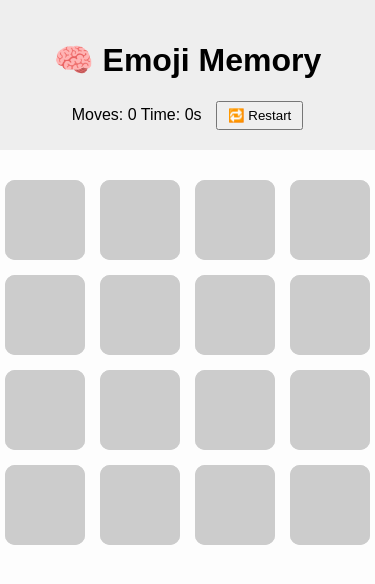
Repository: alokanand524/anand-portfolio
Page: games/emoji-memory/index.html
An editor plug-in stored every save of this project. The page is shown before and after the next save, followed by the edit.
The browser window is 375 px wide. The pictures show the whole page.

Above is the page before, as saved 2025-07-31 14:26:36.

### games/emoji-memory/index.html
<!DOCTYPE html>
<html lang="en">
<head>
  <meta charset="UTF-8">
  <title>Emoji Memory Flip Game</title>
  <link rel="stylesheet" href="style.css">
</head>
<body>
  <div class="game-header">
    <h1>🧠 Emoji Memory</h1>
    <div class="stats">
      <span id="moves">Moves: 0</span>
      <span id="timer">Time: 0s</span>
      <button id="reset">🔁 Restart</button>
    </div>
  </div>

  <div class="game-board" id="gameBoard"></div>

  <div class="win-screen" id="winScreen">
    <h2>🎉 You Win!</h2>
    <p>Time: <span id="finalTime"></span></p>
    <p>Moves: <span id="finalMoves"></span></p>
    <button onclick="location.reload()">Play Again</button>
  </div>

  <script src="https://code.jquery.com/jquery-3.6.0.min.js"></script>
  <script src="script.js"></script>
</body>
</html>

### games/emoji-memory/style.css
body {
  font-family: sans-serif;
  background: #fdfdfd;
  text-align: center;
  margin: 0;
  padding: 0;
}

.game-header {
  padding: 20px;
  background: #eee;
}

.stats {
  margin-top: 10px;
}

#reset {
  padding: 5px 10px;
  margin-left: 10px;
  cursor: pointer;
}

.game-board {
  display: grid;
  grid-template-columns: repeat(4, 80px);
  grid-gap: 15px;
  justify-content: center;
  padding: 30px;
}

.card {
  width: 80px;
  height: 80px;
  font-size: 2rem;
  background-color: #ccc;
  border-radius: 10px;
  cursor: pointer;
  position: relative;
  transform-style: preserve-3d;
  transition: transform 0.5s;
}

.card.flip {
  transform: rotateY(180deg);
}

.card .front,
.card .back {
  position: absolute;
  width: 100%;
  height: 100%;
  line-height: 80px;
  backface-visibility: hidden;
  border-radius: 10px;
}

.card .front {
  background: #ccc;
}

.card .back {
  background: white;
  transform: rotateY(180deg);
}

.win-screen {
  display: none;
  position: fixed;
  top: 30%;
  left: 50%;
  transform: translateX(-50%);
  background: #fff;
  padding: 30px;
  border: 2px solid #333;
  box-shadow: 0 0 10px rgba(0,0,0,0.3);
}

### games/emoji-memory/script.js
const emojis = ["🍕", "🎮", "🚀", "🐶", "🌈", "⚽", "🎧", "🍩"];
let deck = [...emojis, ...emojis];
let flippedCards = [];
let matched = 0;
let moves = 0;
let timer;
let seconds = 0;
let timerStarted = false;

$(document).ready(function () {
  shuffle(deck);
  createBoard();

  $("#reset").click(() => location.reload());

  $(".card").click(function () {
    if (!timerStarted) {
      startTimer();
      timerStarted = true;
    }

    if ($(this).hasClass("flip") || flippedCards.length === 2) return;

    $(this).addClass("flip");
    flippedCards.push($(this));

    if (flippedCards.length === 2) {
      moves++;
      $("#moves").text("Moves: " + moves);
      checkMatch();
    }
  });
});

function createBoard() {
  deck.forEach(emoji => {
    $("#gameBoard").append(`
      <div class="card">
        <div class="front"></div>
        <div class="back">${emoji}</div>
      </div>
    `);
  });
}

function shuffle(array) {
  array.sort(() => 0.5 - Math.random());
}

function checkMatch() {
  const [card1, card2] = flippedCards;
  if (card1.find(".back").text() === card2.find(".back").text()) {
    matched += 2;
    flippedCards = [];

    if (matched === deck.length) {
      clearInterval(timer);
      $("#finalTime").text(seconds + "s");
      $("#finalMoves").text(moves);
      $("#winScreen").fadeIn();
    }
  } else {
    setTimeout(() => {
      card1.removeClass("flip");
      card2.removeClass("flip");
      flippedCards = [];
    }, 1000);
  }
}

function startTimer() {
  timer = setInterval(() => {
    seconds++;
    $("#timer").text("Time: " + seconds + "s");
  }, 1000);
}

After the next save:
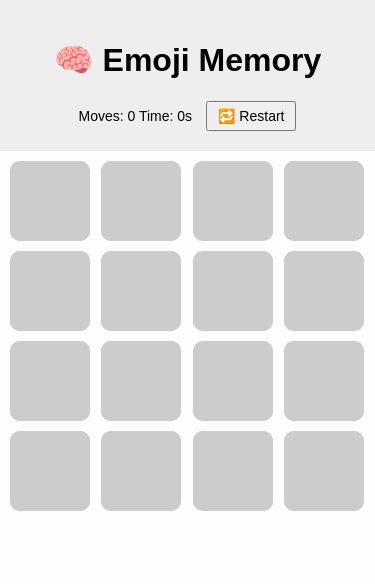
Saved 23 s later.
--- a/games/emoji-memory/style.css
+++ b/games/emoji-memory/style.css
@@ -75,3 +75,24 @@ body {
   border: 2px solid #333;
   box-shadow: 0 0 10px rgba(0,0,0,0.3);
 }
+
+@media screen and (max-width: 600px) {
+  .card {
+    font-size: 1.5rem;
+  }
+
+  .game-board {
+    grid-template-columns: repeat(4, 1fr);
+    gap: 10px;
+    padding: 10px;
+  }
+
+  #reset {
+    font-size: 14px;
+    padding: 5px 10px;
+  }
+
+  .stats {
+    font-size: 14px;
+  }
+}
